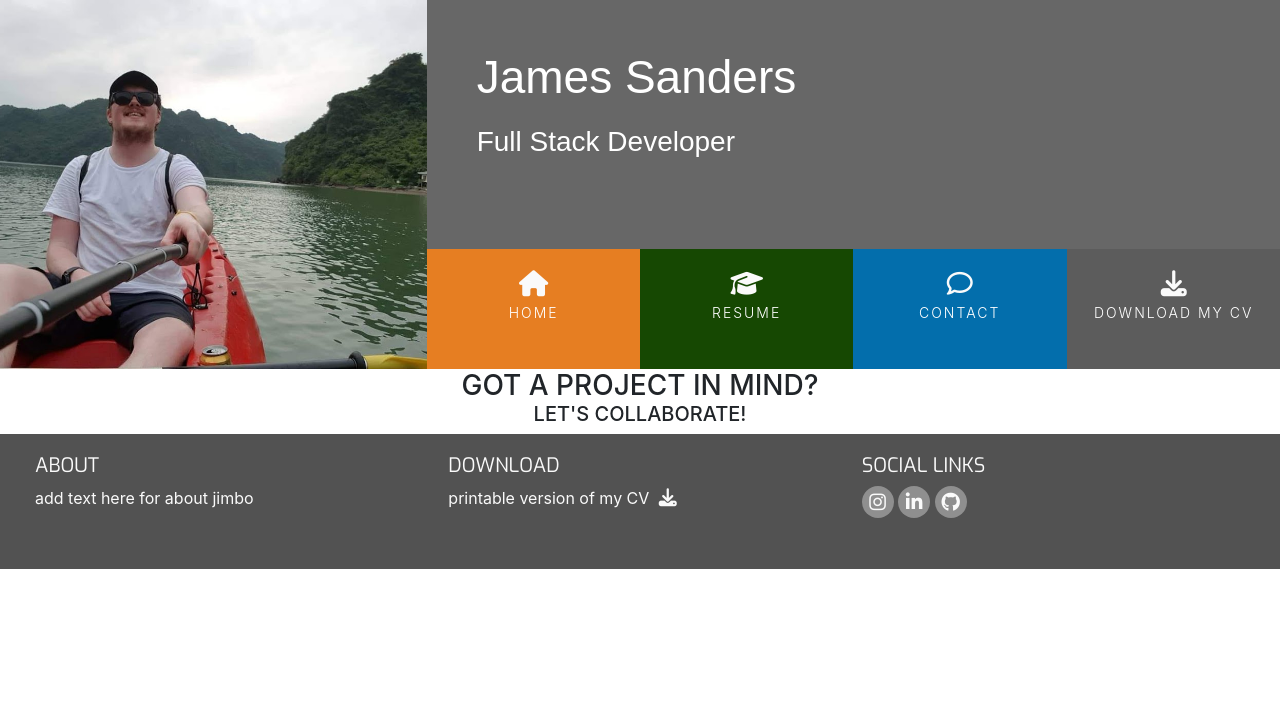
Repository: JaySanders95/my-online-resume
Page: contact.html
The author's editor kept a copy of each file at every save. The page is drawn from the files as they stood at one save, then again after the next save.
The browser window is 1280 px wide. The pictures show the whole page.
Some web fonts or font styles are not loaded; a fallback is used. Some web libraries are served in a nearby version.

Above is the page before, as saved 2023-05-05 13:52:35.

### contact.html
<!DOCTYPE html>
<html lang="en">
<head>
    <meta charset="UTF-8">
    <meta http-equiv="X-UA-Compatible" content="IE=edge">
    <meta name="viewport" content="width=device-width, initial-scale=1.0">
    <link rel="stylesheet" href="https://cdn.jsdelivr.net/npm/@fortawesome/fontawesome-free@6.2.1/css/fontawesome.min.css" integrity="sha384-QYIZto+st3yW+o8+5OHfT6S482Zsvz2WfOzpFSXMF9zqeLcFV0/wlZpMtyFcZALm" crossorigin="anonymous">
    <link rel="stylesheet" href="https://cdn.jsdelivr.net/npm/bootstrap@4.6.2/dist/css/bootstrap.min.css" integrity="sha384-xOolHFLEh07PJGoPkLv1IbcEPTNtaed2xpHsD9ESMhqIYd0nLMwNLD69Npy4HI+N" crossorigin="anonymous">
    <link rel="stylesheet" href="assets/css/style.css">
    <link rel="stylesheet" href="https://cdnjs.cloudflare.com/ajax/libs/hover.css/2.3.1/css/hover-min.css" integrity="sha512-csw0Ma4oXCAgd/d4nTcpoEoz4nYvvnk21a8VA2h2dzhPAvjbUIK6V3si7/g/HehwdunqqW18RwCJKpD7rL67Xg==" crossorigin="anonymous" referrerpolicy="no-referrer" />
    <title>James Sanders' Resume</title>
</head>
<body>
    <header>
        <div class="row no-gutters">
            <a href="index.html" class="col-md-4 logo">

            </a>
            <div class="col-md-8">
                <div class="row bg-color-name-title no-gutters">
                    <div class="col heading">
                        <h1 class="name">James Sanders</h1>
                        <h2 class="title">Full Stack Developer</h2>

                    </div>
                </div>
                <div class="row no-gutters">
                    <div class="col">
                        <ul id="nav" class="list-inline menucontainer">
                            <li class="col-6 col-sm-3 ui-menu-color-home list-inline-item menuitem">
                                <a href="#" class="hvr-bounce-to-bottom"><i class="fa fa-home" aria-hidden="true"></i><span>Home</span></a>
                            </li>
                            <li class="col-6 col-sm-3 ui-menu-color-resume list-inline-item menuitem">
                                <a href="#" class="hvr-bounce-to-bottom"><i class="fa fa-graduation-cap" aria-hidden="true"></i><span>Resume</span></a>
                            </li>
                            <li class="col-6 col-sm-3 ui-menu-color-contact list-inline-item menuitem">
                                <a href="#" class="hvr-bounce-to-bottom"><i class="fa fa-comment-o" aria-hidden="true"></i><span>Contact</span></a>
                            </li>
                            <li class="col-6 col-sm-3 ui-menu-color-download list-inline-item menuitem">
                                <a href="#" class="hvr-bounce-to-bottom"><i class="fa fa-download" aria-hidden="true"></i><span>Download my CV</span></a>
                            </li>
                        </ul>
                    </div>
                </div>
            </div>
        </div>
    </header>
    <section class="container-fluid">
        <div class="row bg-color-contact">
            <div class="col">
                <h3 class="contact-heading uppercase text-center">Got a project in mind?</h3>
                <h5 class="uppercase text-center">Let's collaborate!</h5>
            </div>
        </div>

    </section>
    <footer class="container-fluid">
        <div id="footer-details" class="row">
            <div class="col-sm-4">
                <h5 class="uppercase general-sub">About</h5>
                <p class="inline-block"> add text here for about jimbo</p>
            </div>
            <div class="col-sm-4">
                <h5 class="uppercase general-sub">Download</h5>
                <p class="inline-block"> printable version of my CV</p>
                <a href="#" target="_blank" class="cv-pdf">
                    <i class="fa fa-download" aria-hidden="true"></i>
                    <span class="sr-only">Download link.</span>
                </a>
            </div>
            <div class="col-sm-4">
                <h5 class="uppercase general-sub">Social links</h5>
                <ul class="list-inline social-links">
                    <li class="list-inline-item">
                        <a target="_blank" href="#">
                            <i class="fa fa-instagram"></i>
                            <span class="sr-only">Instagram</span>
                        </a>
                    </li>
                    <li class="list-inline-item">
                        <a target="_blank" href="#">
                            <i class="fa fa-linkedin"></i>
                            <span class="sr-only">LinkedIn</span>
                        </a>
                    </li>
                    <li class="list-inline-item">
                        <a target="_blank" href="#">
                            <i class="fa-brands fa-github"></i>
                            <span class="sr-only">GitHub</span>

                        </a>
                    </li>
                </ul>
            </div>
        </div>

    </footer>
    <script src="https://kit.fontawesome.com/c80cd6a143.js" crossorigin="anonymous"></script>
</body>
</html>

### assets/css/style.css
@import url('https://fonts.googleapis.com/css2?family=Anuphan:100,200,300,400,500,600,700wght@300&family=Exo:100,200,300,400,500,600,700ital,wght@1,300&display=swap');


/* ------- Colours ---------*/

.bg-color-name-title {
    background-color:#676767;
}

.bg-color-three-reasons {
    background-color: #fff;
}

.bg-color-personal-info {
    background-color:#f4f4f4;
}

.ui-menu-color-home {
    background-color: #e67e22;
}

.ui-menu-color-resume {
    background-color: #164802;
}

.ui-menu-color-contact {
    background-color: #036eac;
}

.ui-menu-color-download {
    background-color: #5c5c5c;
}

.bg-color-work-history {
    background-color: #164802;
}

.bg-color-contact {
    background-color: #fff;
}

/* ------- Special paddings/margins/text ---------*/

h1,h2,h3,h4 {
    margin: 0;
}

.uppercase {
    text-transform: uppercase;
}

.general-sub {
    font-family: 'Exo', sans-serif;
    font-weight: 300;
    color: #fafafa;
}

.inline-block {
    display: inline-block;
}

.row-table {
    display: table;

}
.section-column {
    display: table-cell;
    padding: 0 30px 30px;
    float: none;
}

.history-heading,
.section-heading {
    font-family: 'Exo', sans-serif;
    font-weight: 300;
    margin-top: 25px;
    margin-bottom: 40px;
}

/* ------- Headers ---------*/
header {
    margin: 0;
}

.heading {
    margin-left: 50px;
}

.logo {
    background: url(../images/me.png);
    background-position: center;
    background-repeat: no-repeat;
    background-size: cover;
    min-height: 360px;
    transition: all .5s ease-in-out;
    -moz-transition: all .5s ease-in-out;
    -webkit-transition: all .5s ease-in-out;
}

.name {
    font-family: 'Anuphan', sans-serif;
    font-weight: 100;
    font-size: 46px;
    margin-top: 50px;
    color: #fff;
}


.title {
    font-family: 'Anuphan', sans-serif;
    font-weight: 200;
    font-size: 28px;
    margin-top: 20px;
    margin-bottom: 90px;
    color: #fff;
}

.list-inline-item:not(:last-child) {
    margin: 0;
}

.menucontainer {
    font-size: 0;
}

#nav li {
    font-size: 14px;
    padding: 0;
}

#nav {
    margin: 0;
}

.menuitem {
    height: 120px;
    text-align: center;
    padding: 0;

}

.menuitem a {
    width: 100%;
    text-decoration: none;
    color: #fff;
    height: 120px;
}

.menuitem a i {
    display: block;
    padding-top: 22px;
    color: #fafafa;
    font-size: 26px;
}

.menuitem span {
    display: block;
    width: 100%;
    padding-top: 5px;
    text-align: center;
    text-transform: uppercase;
    font-size: 14px;
    font-weight: 300;
    letter-spacing: 2px;
}

/* ------- Hover.css ---------*/

.hvr-bounce-to-bottom:before {
    background: rgba(0, 0, 0, 0.3) !important;
    height: 120px;

}

/* ------- Footer ---------*/

footer {
    background-color: #525252;
    color: #fafafa;
    min-height: 120px;
}

.cv-pdf i {
    font-size: 18px;
    color: #fafafa;
    text-align: center;
    padding-left: 5px;
    transition: all 0.35s ease-in-out;
    -moz-transition: all 0.35s ease-in-out;
    -webkit-transition: all 0.35s ease-in-out;
    -o-transition: all 0.35s ease-in-out;
}

.cv-pdf i:hover {
    color: #e84610;
}

.social-links {
    padding-bottom: 15px;
}

.social-links li a i {
    width: 32px;
    height: 32px;
    padding: 7px 0;
    border-radius: 50%;
    font-size: 19px;
    text-align: center;
    color: #fafafa;
    background: #8f8f8f;
    transition: all 0.35s ease-in-out;
    -moz-transition: all 0.35s ease-in-out;
    -webkit-transition: all 0.35s ease-in-out;
    -o-transition: all 0.35s ease-in-out;
}

.social-links li a i:hover {
    background-color: #e84610;
}

#footer-details {
    padding: 20px;
}

/* ------- 3 Reasons ---------*/

.three-reasons-icon {
    font-size: 26px;
    color: #e67e22;
}

.three-reasons-heading {
    margin-bottom: 15px;
}

/* ------- Personal Info ---------*/

.personal-info-item {
    margin-bottom: 20px;
    display: block;
    clear: both;
}

.personal-info-item .key,
.personal-info-item .value {
    padding: 8px;
    display: inline-block;

}

.personal-info-item .key p,
.personal-info-item .value p {
    margin: 0;
}

.personal-info-item .key {
    width: 30%;
    margin-right: 21px;
    padding-top: 2px;
    vertical-align: top;
}

.personal-info-item .key p {
    font-weight: 700;


}

.personal-info-item .value {
    position: relative;
    width: 60%;

}

/* ------- Skills ---------*/

.progress {
    line-height: normal;
    position: relative;
    height: 25px;
    margin-bottom: 4px;
}

.progress-type {
    position: absolute;
    left: 0px;
    font-weight: 400;
    padding: 3px 30px 2px 10px;
    color: #fafafa;
    background-color: rgba(25, 25, 25, 0.2);
    height: inherit;
}

.progress-section {
    margin: 40px 20px;
}

/* -------- Work History ----- */

.history-heading {
    color: #fafafa;
    margin-bottom: 50px;
}

.timeline-item {
    padding: 4em 2em 0em 2em;
    position: relative;
    color: #fafafa;
    border-left: 1px solid;
}

.timeline-item p {
    padding: 0;
    margin: 0;
}

.timeline-item:before {
    content: attr(data-dates);
    position: absolute;
    left: 2.5em;
    top: 3em;
    display: block;
    font-family: 'Exo', sans-serif;
    font-weight: 500;
    font-size: 0.8em;
    padding: 0;
    margin: 0;
}

.timeline-item:after {
    width: 12px;
    height: 12px;
    display: block;
    top: 2.4em;
    position: absolute;
    left: -6px;
    border-radius: 12px;
    content: '';
    background: #fafafa;
}

.history-items {
    margin-bottom: 30px;
}






/*
font-family: 'Anuphan', sans-serif;
font-family: 'Exo', sans-serif;
*/

After the next save:
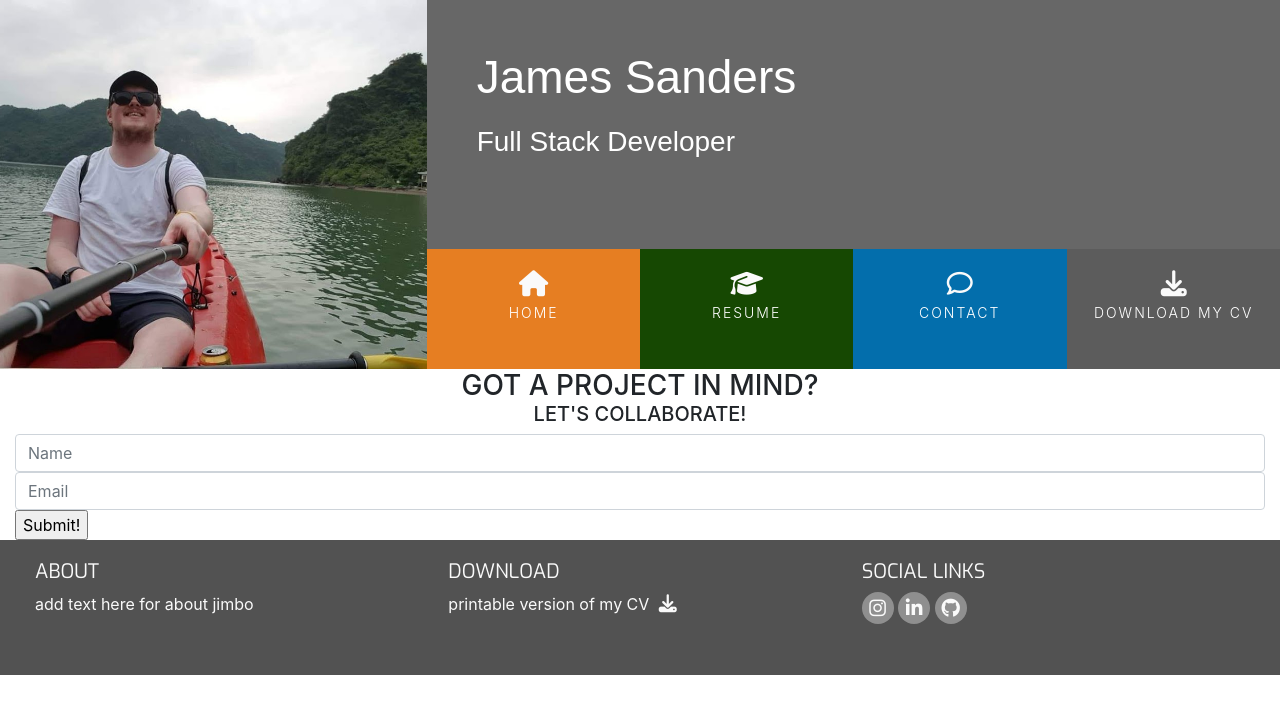
Saved 3 min 38 s later.
--- a/contact.html
+++ b/contact.html
@@ -50,6 +50,13 @@
             <div class="col">
                 <h3 class="contact-heading uppercase text-center">Got a project in mind?</h3>
                 <h5 class="uppercase text-center">Let's collaborate!</h5>
+                <div class="center-form">
+                    <form>
+                        <input type="text" name="name" id="fullname" class="form-control" placeholder="Name" required>
+                        <input type="email" name="email" id="emailaddress " class="form-control" placeholder="Email" required>
+                        <input type="submit" value="Submit!">
+                    </form>
+                </div>
             </div>
         </div>
 
